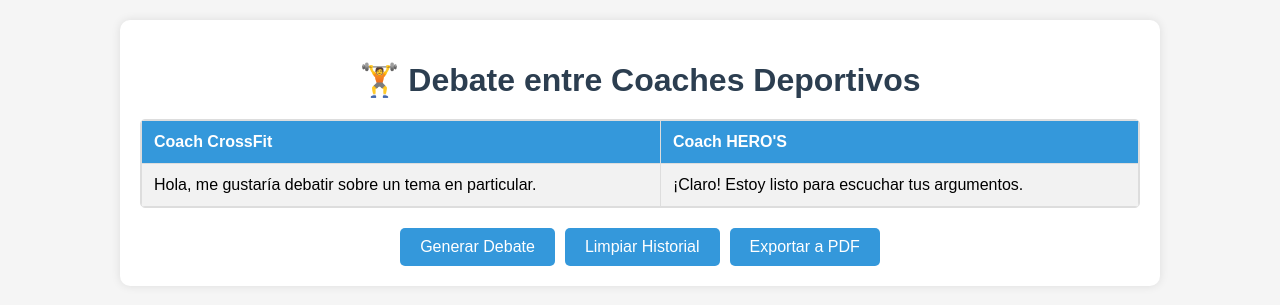
Repository: NelaDuran/DebateCrossFit
Page: index.html
An editor plug-in stored every save of this project. The page is shown before and after the next save, followed by the edit.
The browser window is 1280 px wide. The pictures show the whole page.

Above is the page before, as saved 2025-05-09 20:03:17.

After the next save:
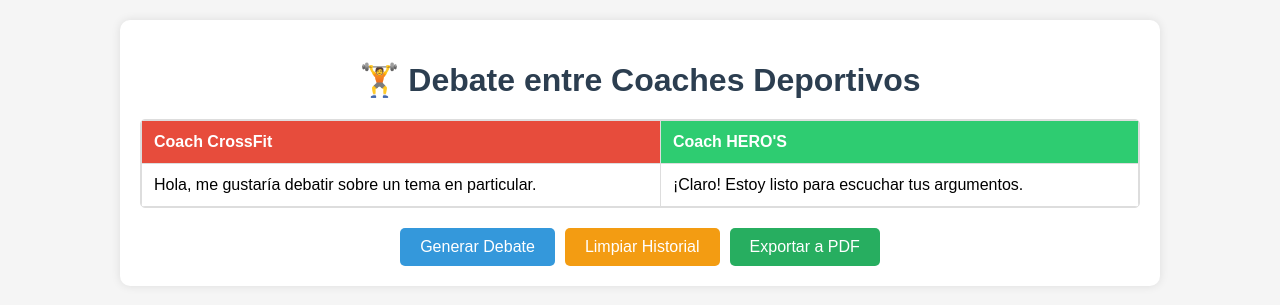
Saved 23 s later.
--- a/styles.css
+++ b/styles.css
@@ -32,11 +32,11 @@
     border-collapse: collapse;
 }
 
-#debate-table th,
-#debate-table td {
+#debate-table th, #debate-table td {
     padding: 12px;
     text-align: left;
     border: 1px solid #ddd;
+    vertical-align: top;
 }
 
 #debate-table th {
@@ -44,14 +44,19 @@
     color: white;
 }
 
-#debate-table tr:nth-child(even) {
-    background-color: #f2f2f2;
+#debate-table th:first-child {
+    background-color: #e74c3c;
+}
+
+#debate-table th:nth-child(2) {
+    background-color: #2ecc71;
 }
 
 .controls {
     display: flex;
     gap: 10px;
     justify-content: center;
+    margin-top: 20px;
 }
 
 button {
@@ -62,8 +67,25 @@
     border-radius: 5px;
     cursor: pointer;
     font-size: 16px;
+    transition: background 0.3s;
 }
 
 button:hover {
     background: #2980b9;
 }
+
+button#btn-limpiar {
+    background: #f39c12;
+}
+
+button#btn-limpiar:hover {
+    background: #d35400;
+}
+
+button#btn-pdf {
+    background: #27ae60;
+}
+
+button#btn-pdf:hover {
+    background: #219653;
+}
